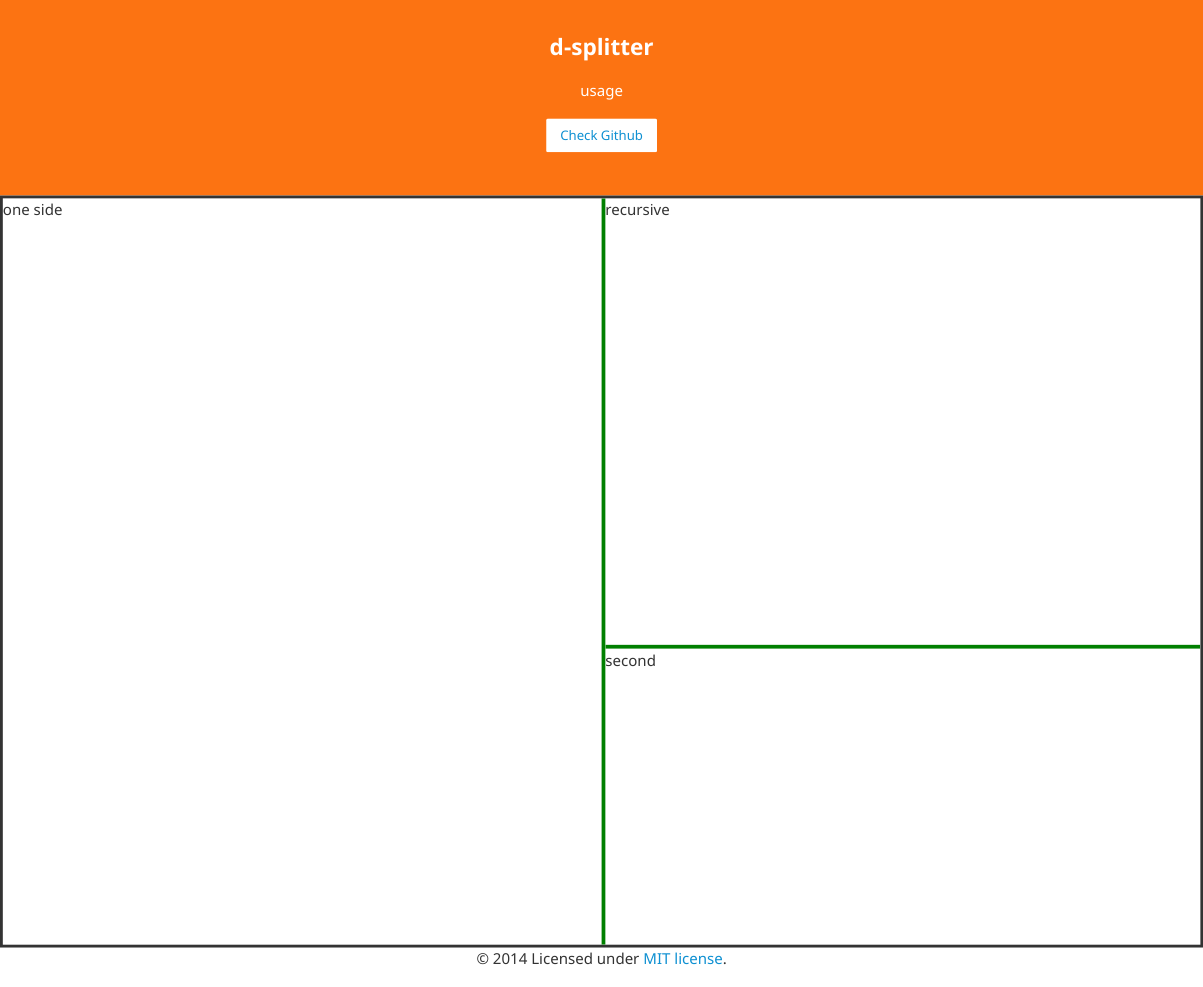
Repository: d-stuff/d-splitter
Page: demo/index.html
The author's editor kept a record of every edit. The page is drawn from the files as they stood at one moment, then again after the next edit.
The browser window is 1280 px wide. The pictures show the whole page, at 94% of full size.

Above is the page before.

After the next edit:
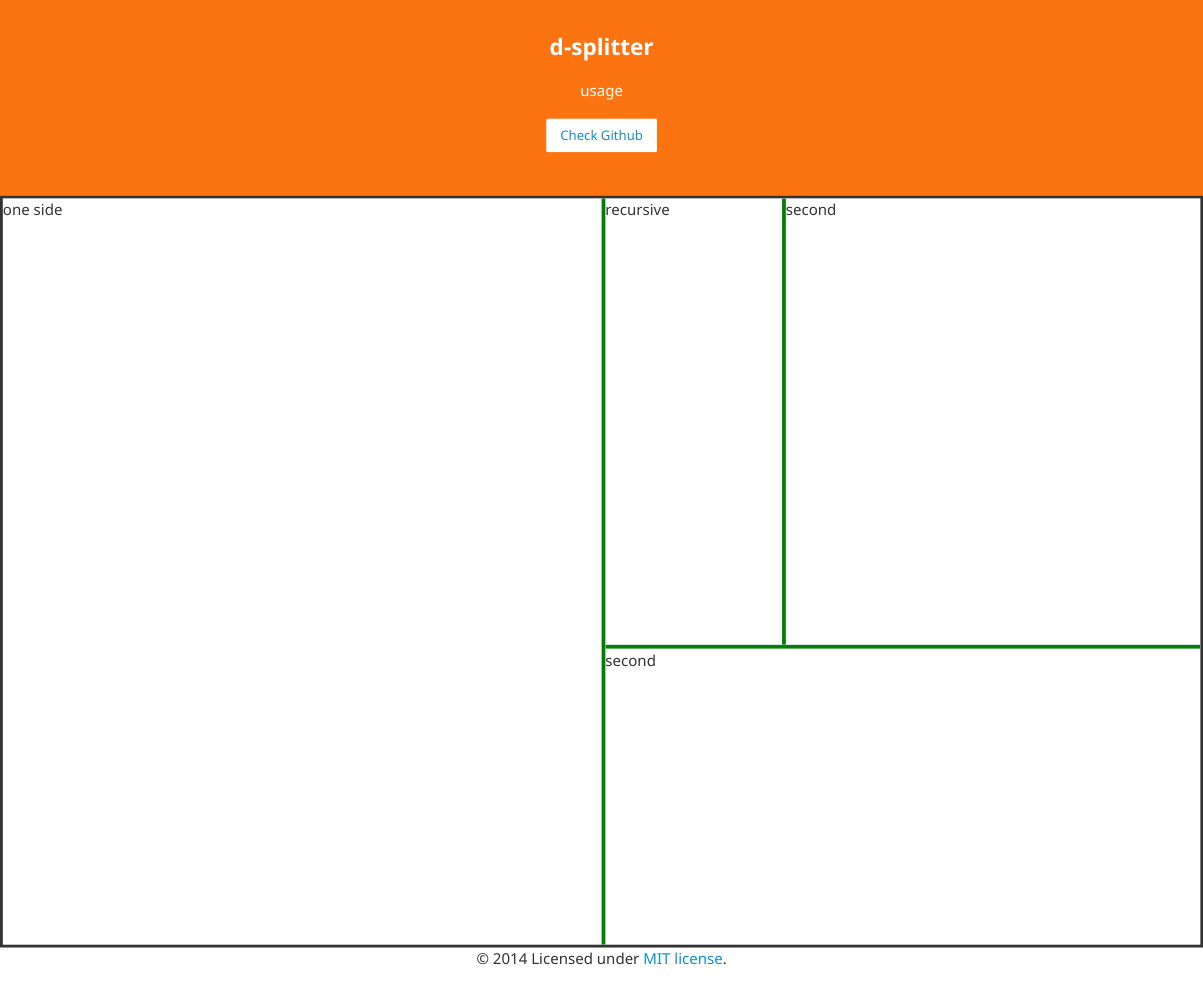
The edit:
--- a/demo/index.html
+++ b/demo/index.html
@@ -30,7 +30,12 @@
                 <div title="second side">
                     <d-splitter type="h" size="60%">
                         <div title="what ever you want">
-                            recursive
+                            <d-splitter type="v" size="30%">
+                                <div title="what ever you want">
+                                    recursive
+                                </div>
+                                <div title="what ever you like">second</div>
+                            </d-splitter>
                         </div>
                         <div title="what ever you like">second</div>
                     </d-splitter>
